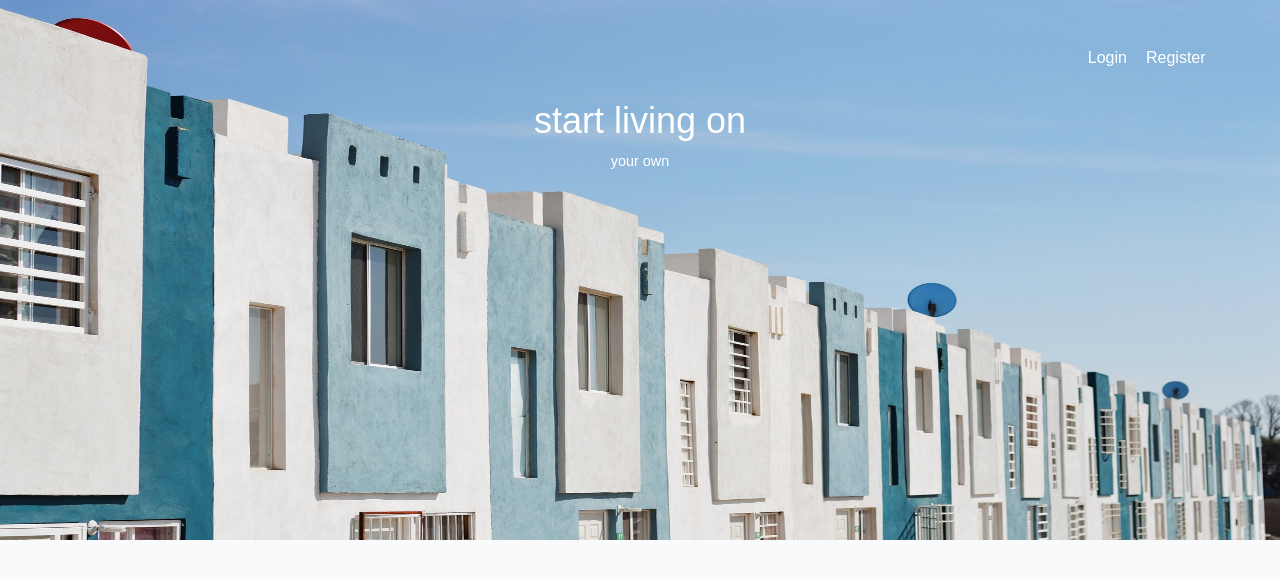
Repository: PatryxB/buildHouse
Page: http://localhost/
These files come from the project's save history. The page is drawn as it stood at one moment and after the next save; the edit follows.
The browser window is 1280 px wide. The pictures show the whole page.
Some web fonts or font styles are not loaded; a fallback is used. The page is served by the project's Laravel application, run on PHP 8.4 with Laravel 8. Other server files are loaded and not shown. Style sheets and scripts are compiled from the project's sources, by tool versions that may differ from the author's.

Above is the page before, as saved 2020-04-30 20:20:55.

### resources/views/welcome.blade.php
<!DOCTYPE html>
<html lang="{{ str_replace('_', '-', app()->getLocale()) }}">
    <head>
        <meta charset="utf-8">
        <meta name="viewport" content="width=device-width, initial-scale=1">

        <title>Laravel</title>

        <!-- Fonts -->
        <link href="https://fonts.googleapis.com/css?family=Nunito:200,600" rel="stylesheet">
        <link rel="stylesheet" href="/css/app.css">

    </head>
    <body>

        <section id="welcome">
            <div class="banner">
                <img src="{{asset('/img/housebanner.jpg')}}" alt="">
                <div class="text-banner">
                    <h1>start living on</h1>
                    <p>your own</p>
                </div>
            </div>
        </section>

        @extends('layouts.app')
        @section('content')
        @endsection
    </body>
</html>

### resources/views/layouts/app.blade.php
<!doctype html>
<html lang="{{ str_replace('_', '-', app()->getLocale()) }}">
<head>
    <meta charset="utf-8">
    <meta name="viewport" content="width=device-width, initial-scale=1">

    <!-- CSRF Token -->
    <meta name="csrf-token" content="{{ csrf_token() }}">

    <title>{{ config('app.name', 'Laravel') }}</title>

    <!-- Scripts -->
    <script src="{{ asset('js/app.js') }}" defer></script>

    <!-- Fonts -->
    <link rel="dns-prefetch" href="//fonts.gstatic.com">
    <link href="https://fonts.googleapis.com/css?family=Nunito" rel="stylesheet">

    <!-- Styles -->
    <link href="{{ asset('css/app.css') }}" rel="stylesheet">
</head>
<body>
    <div id="app">
        <nav>
            @if (Route::has('login'))
                <div class="top-right links">
                    @auth
                        <a href="{{ url('/home') }}">Home</a>
                    @else
                        <a href="{{ route('login') }}">Login</a>

                        @if (Route::has('register'))
                            <a href="{{ route('register') }}">Register</a>
                        @endif
                    @endauth
                </div>
            @endif

        </nav>
        <main class="py-4">
            @yield('content')
        </main>
    </div>
</body>
</html>

### resources/sass/app.scss
// Fonts
@import url('https://fonts.googleapis.com/css?family=Nunito');
@import url('https://fonts.googleapis.com/css2?family=Varela+Round&display=swap');

// Variables
@import 'variables';

// Bootstrap
@import '~bootstrap/scss/bootstrap';

html, body{
    margin: 0;
    padding: 0;
    box-sizing: border-box;
    font-family: 'Varela Round', sans-serif;
}

.banner img{
    width: 100%;
    height: 75vh;
    background-repeat: no-repeat;
    position: relative;
}
nav{
    position: absolute;
    top: 8%;
    left: 89%;
    transform: translate(-50%, -50%);
}
nav a {
    color: white;
    font-size: 16px;
    margin-left: 15px;
}
.text-banner{
    color: white;
    position: absolute;
    top: 20%;
    left: 50%;
    transform: translate(-50%, -50%);
    text-align: center;
}

Loaded but not shown: routes/web.php (common file); app/Http/Controllers/Auth/LoginController.php (common file); app/Http/Controllers/Controller.php (common file); app/Http/Controllers/Auth/ConfirmPasswordController.php (common file); resources/sass/_variables.scss (common file)

After the next save:
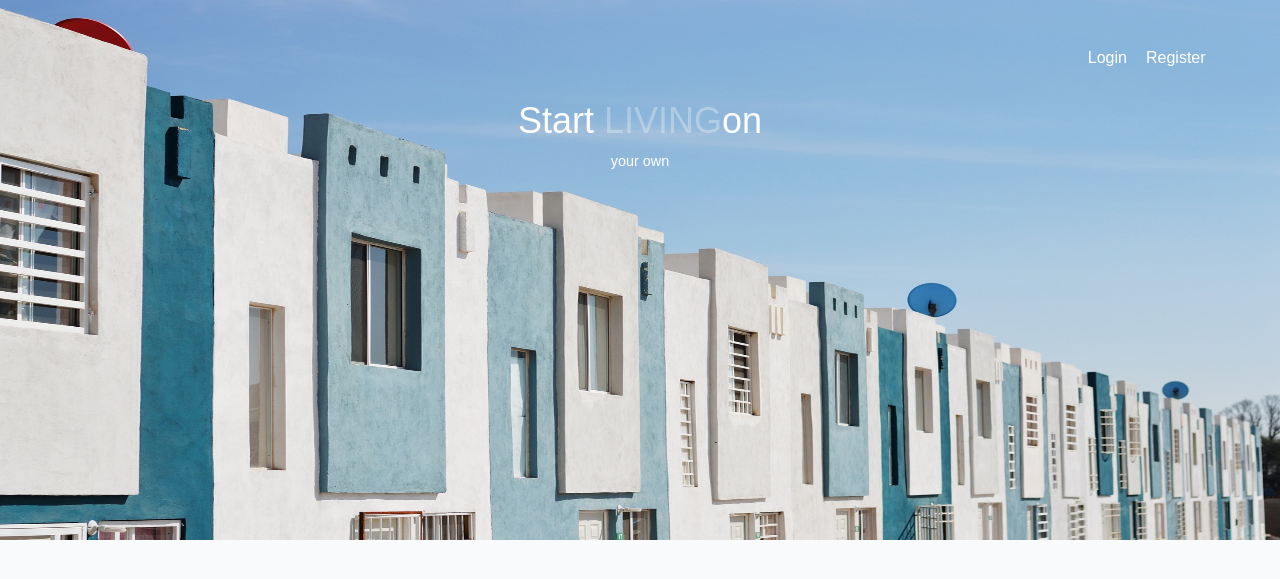
Saved 63 s later.
--- a/resources/views/welcome.blade.php
+++ b/resources/views/welcome.blade.php
@@ -17,7 +17,7 @@
             <div class="banner">
                 <img src="{{asset('/img/housebanner.jpg')}}" alt="">
                 <div class="text-banner">
-                    <h1>start living on</h1>
+                    <h1>Start <span style="opacity: .3;">LIVING</span>on</h1>
                     <p>your own</p>
                 </div>
             </div>
